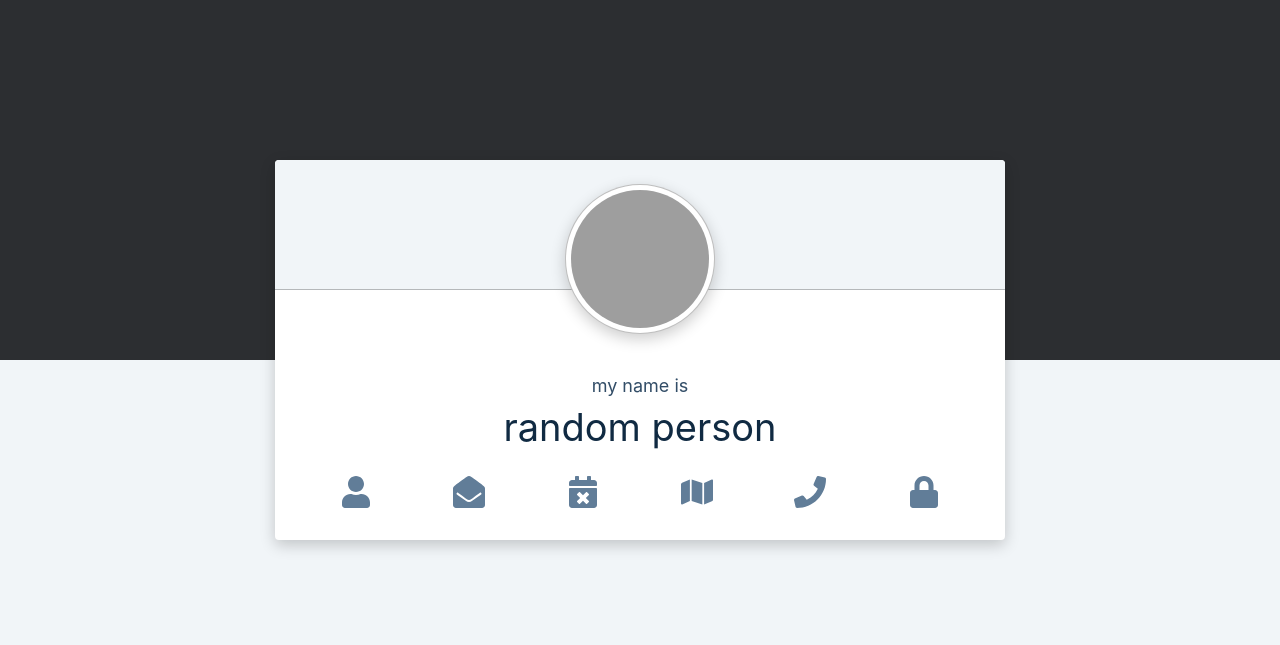
Repository: bodescuanamariia/random-user-generator
Page: /
These files come from the project's save history. The page is drawn as it stood at one moment and after the next save; the edit follows.
The browser window is 1280 px wide. The pictures show the whole page.
Pictures or frames that could not be fetched are drawn as grey boxes. The project was rebuilt for these pictures with package versions that can differ from the ones it lists, and the page was loaded fresh each time.

Above is the page before, as saved 2022-05-11 11:37:39.

After the next save:
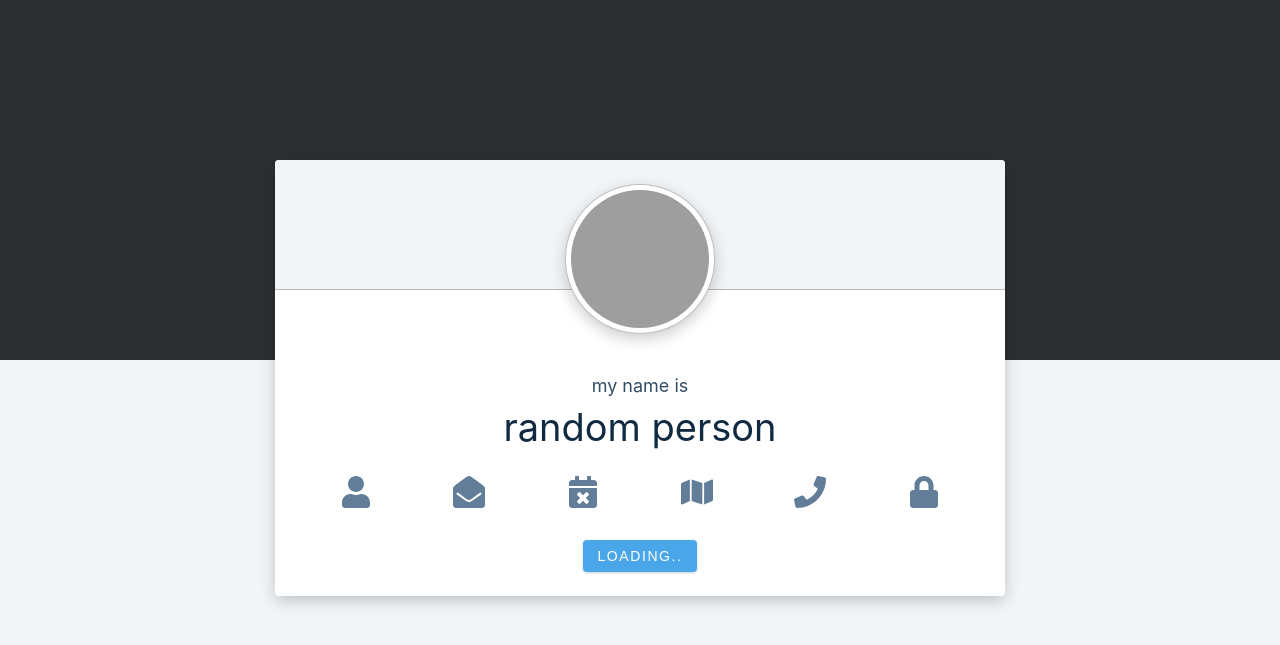
Saved 46 s later.
--- a/src/App.js
+++ b/src/App.js
@@ -71,6 +71,9 @@ function App() {
               <FaLock />
             </button>
           </div>
+          <button className="btn" type="button">
+            {loading ? "loading.." : "random user"}
+          </button>
         </div>
       </div>
     </main>
